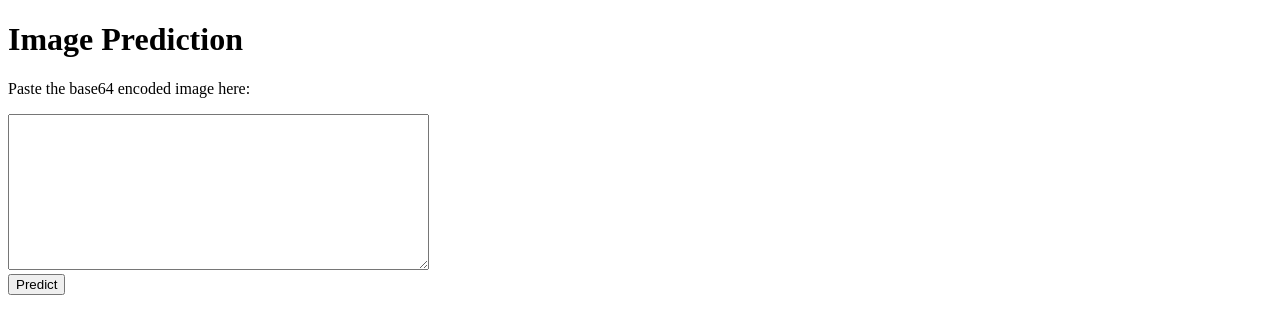
Repository: OussamaAbderraoufAttia/bisbackend
Page: Flask/src/index.html
An editor plug-in stored every save of this project. The page is shown before and after the next save, followed by the edit.
The browser window is 1280 px wide. The pictures show the whole page.

Above is the page before, as saved 2024-01-06 00:51:57.

### Flask/src/index.html
<!DOCTYPE html>
<html lang="en">
<head>
    <meta charset="UTF-8">
    <title>Image Prediction</title>
</head>
<body>
    <h1>Image Prediction</h1>
    <p>Paste the base64 encoded image here:</p>
    <textarea id="imageData" rows="10" cols="50"></textarea>
    <br>
    <button onclick="predict()">Predict</button>

    <script>
        function predict() {
            const imageData = document.getElementById('imageData').value;
            const encodedImage = encodeURIComponent(imageData);

            // Perform GET request to Flask server
            fetch(`/predict?image=${encodedImage}`)
                .then(response => response.text())
                .then(data => console.log(data))
                .catch(error => console.error('Error:', error));
        }
    </script>
</body>
</html>

After the next save:
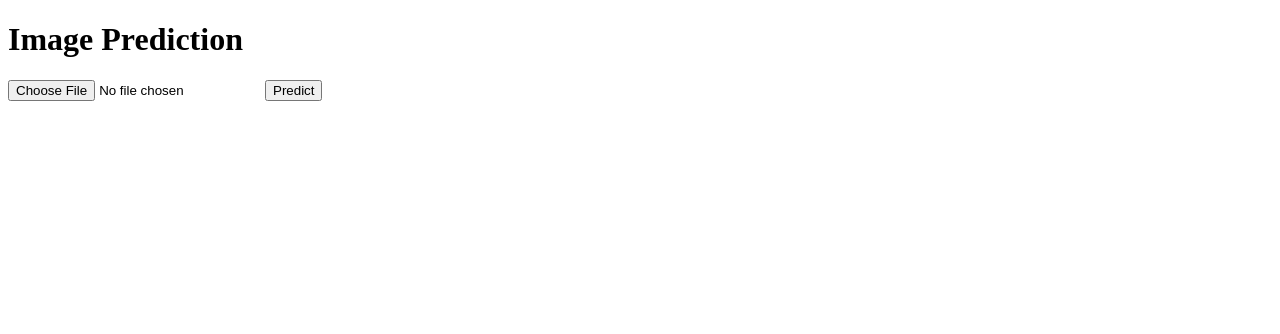
Saved 26 min 29 s later.
--- a/Flask/src/index.html
+++ b/Flask/src/index.html
@@ -6,9 +6,7 @@
 </head>
 <body>
     <h1>Image Prediction</h1>
-    <p>Paste the base64 encoded image here:</p>
-    <textarea id="imageData" rows="10" cols="50"></textarea>
-    <br>
+    <input type="file" id="imageData" >
     <button onclick="predict()">Predict</button>
 
     <script>
